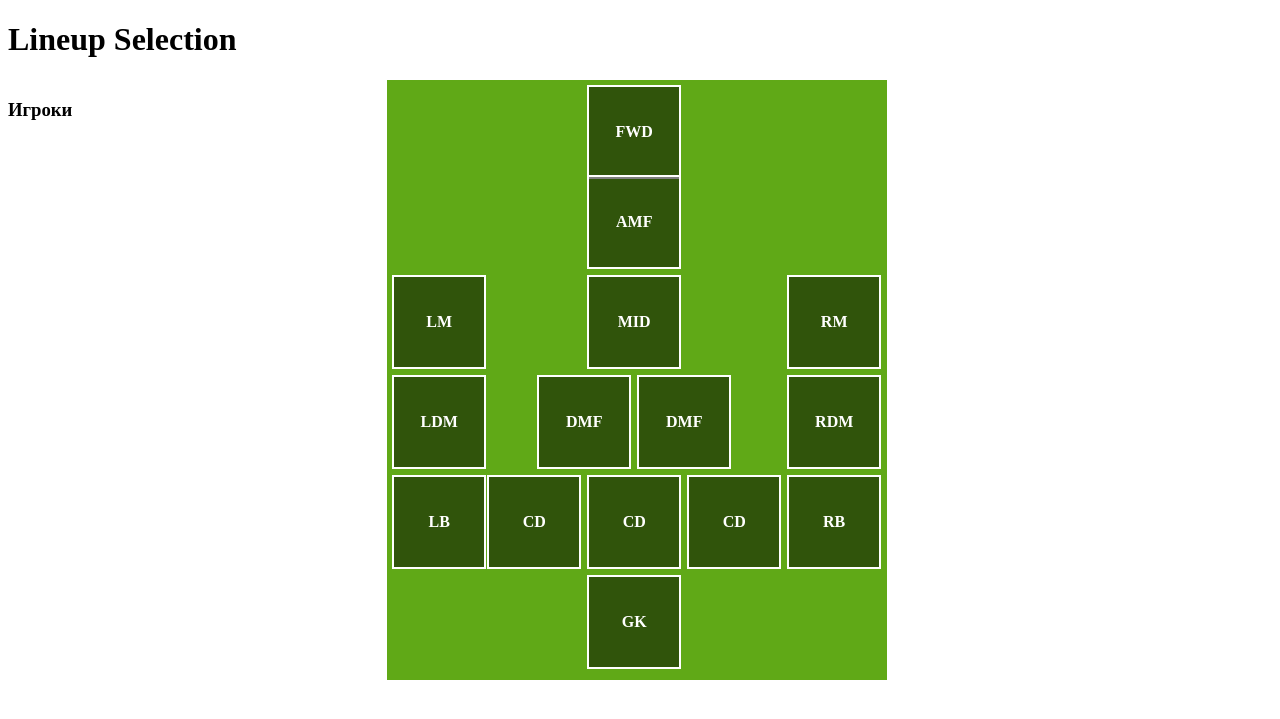
Repository: greatgreek73/soccergame
Page: http://localhost/lineup-selection/
The author's editor kept a copy of each file at every save. The page is drawn from the files as they stood at one save, then again after the next save.
The browser window is 1280 px wide. The pictures show the whole page.
Some web libraries are served in a nearby version. The page is served by the project's application, run on Django 4.2 (manage.py). A made-up administrator, testuser (Test User, test@example.com), is signed in. Queries for data that is not in the repository find no rows.

Above is the page before, as saved 2024-04-19 20:54:35.

After the next save:
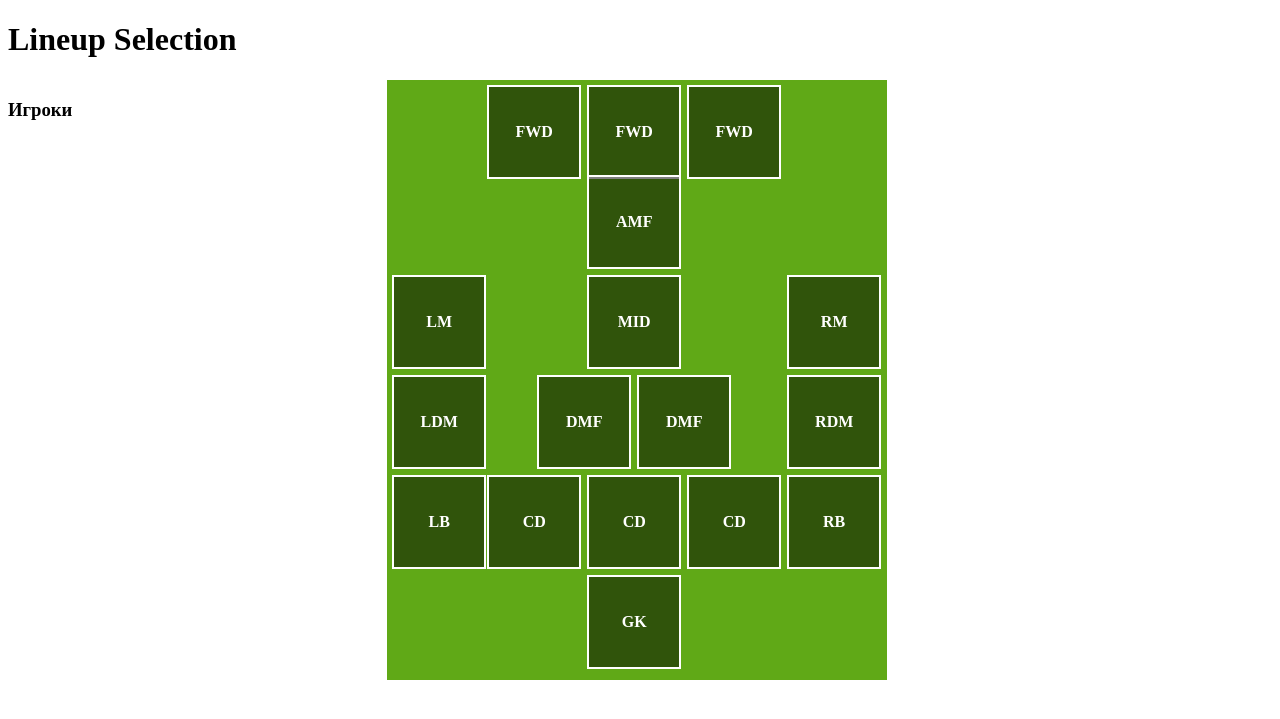
Saved 54 s later.
--- a/players/templates/lineup_selection.html
+++ b/players/templates/lineup_selection.html
@@ -188,7 +188,9 @@
             <div class="position" data-position="MID" style="top: 195px; left: 200px;">MID</div>
             <div class="position" data-position="RM" style="top: 195px; left: 400px;">RM</div>
             <div class="position" data-position="LM" style="top: 195px; left: 5px;">LM</div>
+            <div class="position" data-position="FWD" style="top: 5px; left: 100px;">FWD</div>
             <div class="position" data-position="FWD" style="top: 5px; left: 200px;">FWD</div>
+            <div class="position" data-position="FWD" style="top: 5px; left: 300px;">FWD</div>
             <div class="position" data-position="DMF" style="top: 295px; left: 250px;">DMF</div>
             <div class="position" data-position="DMF" style="top: 295px; left: 150px;">DMF</div>
             <div class="position" data-position="AMF" style="top: 95px; left: 200px;">AMF</div>
